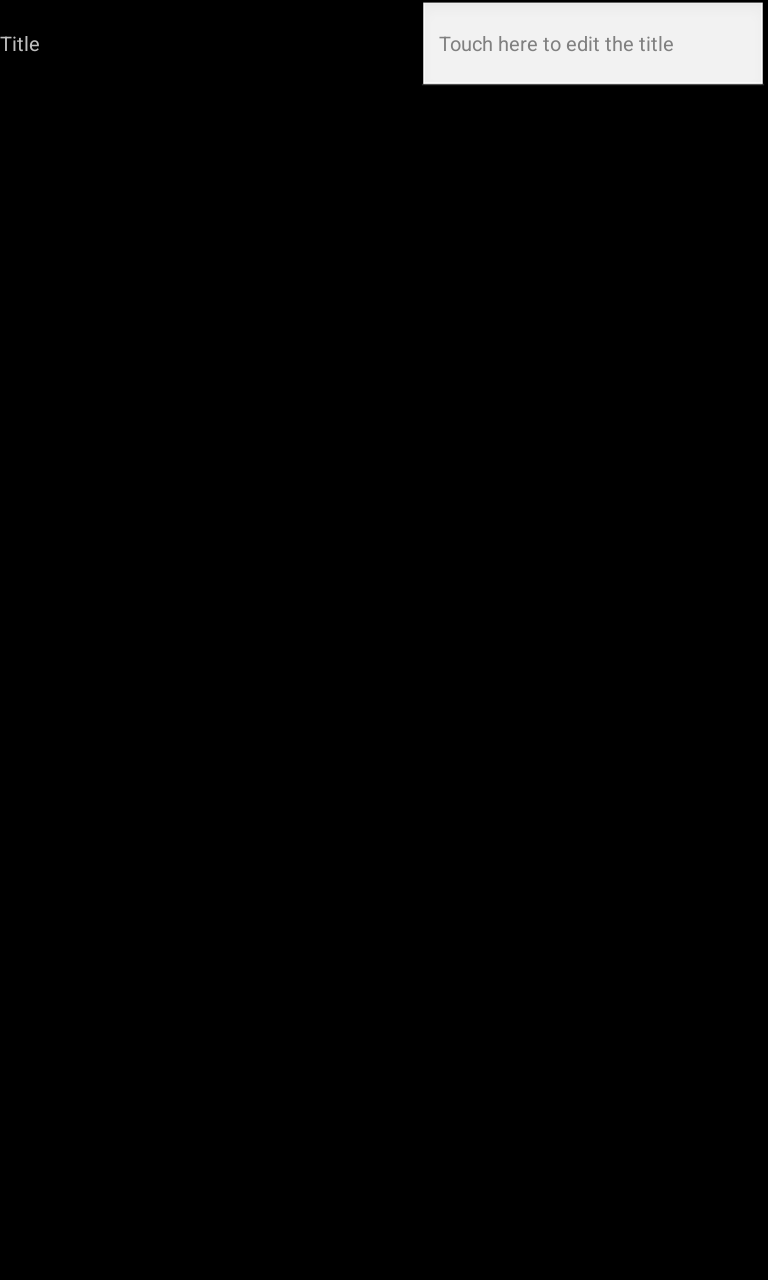
Repository: hilfialkaff/todo
Layout: ToDo_Replica/res/layout/add.xml
These files come from the project's save history. The layout is drawn as it stood at one moment and after the next save; the edit follows.
It is drawn on a 768 x 1280 px phone screen (xhdpi) without system bars, with theme CustomTheme; the app's code is not run.

Above is the layout before, as saved 2011-03-18 01:04:06.

After the next save:
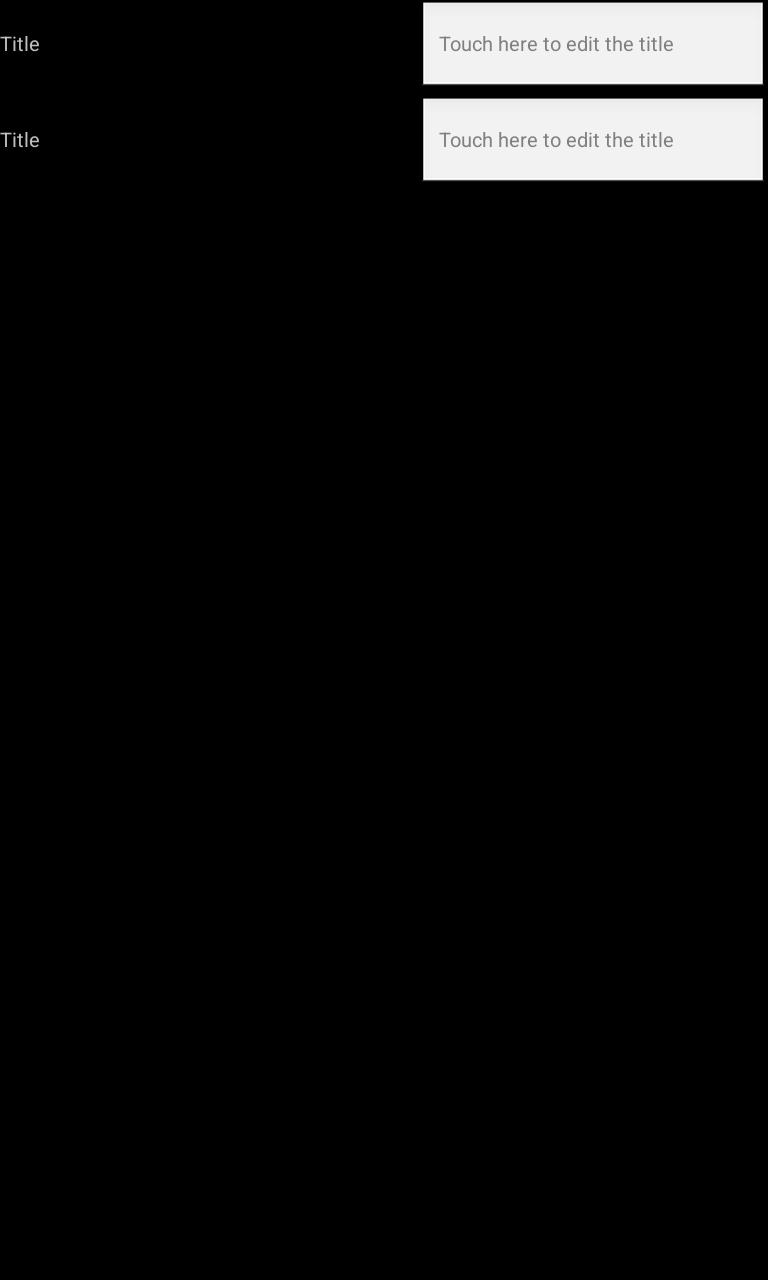
Saved 38 s later.
--- a/ToDo_Replica/res/layout/add.xml
+++ b/ToDo_Replica/res/layout/add.xml
@@ -20,6 +20,25 @@
 		</TextView>
 		<EditText
 			android:id="@+id/et_title"
+			android:layout_width="350px"
+			android:layout_height="wrap_content"
+			android:hint="Touch here to edit the title"
+			android:textSize="20px">
+	</EditText>
+	</TableRow>
+	<TableRow
+		android:id="@+id/tr_place"
+		android:layout_width="fill_parent"
+		android:layout_height="wrap_content">
+		<TextView
+			android:id="@+id/tv_place"
+			android:layout_width="wrap_content"
+			android:layout_height="wrap_content"
+			android:text="Title"
+			android:textSize="20px">
+		</TextView>
+		<EditText
+			android:id="@+id/et_place"
 			android:layout_width="350px"
 			android:layout_height="wrap_content"
 			android:hint="Touch here to edit the title"
